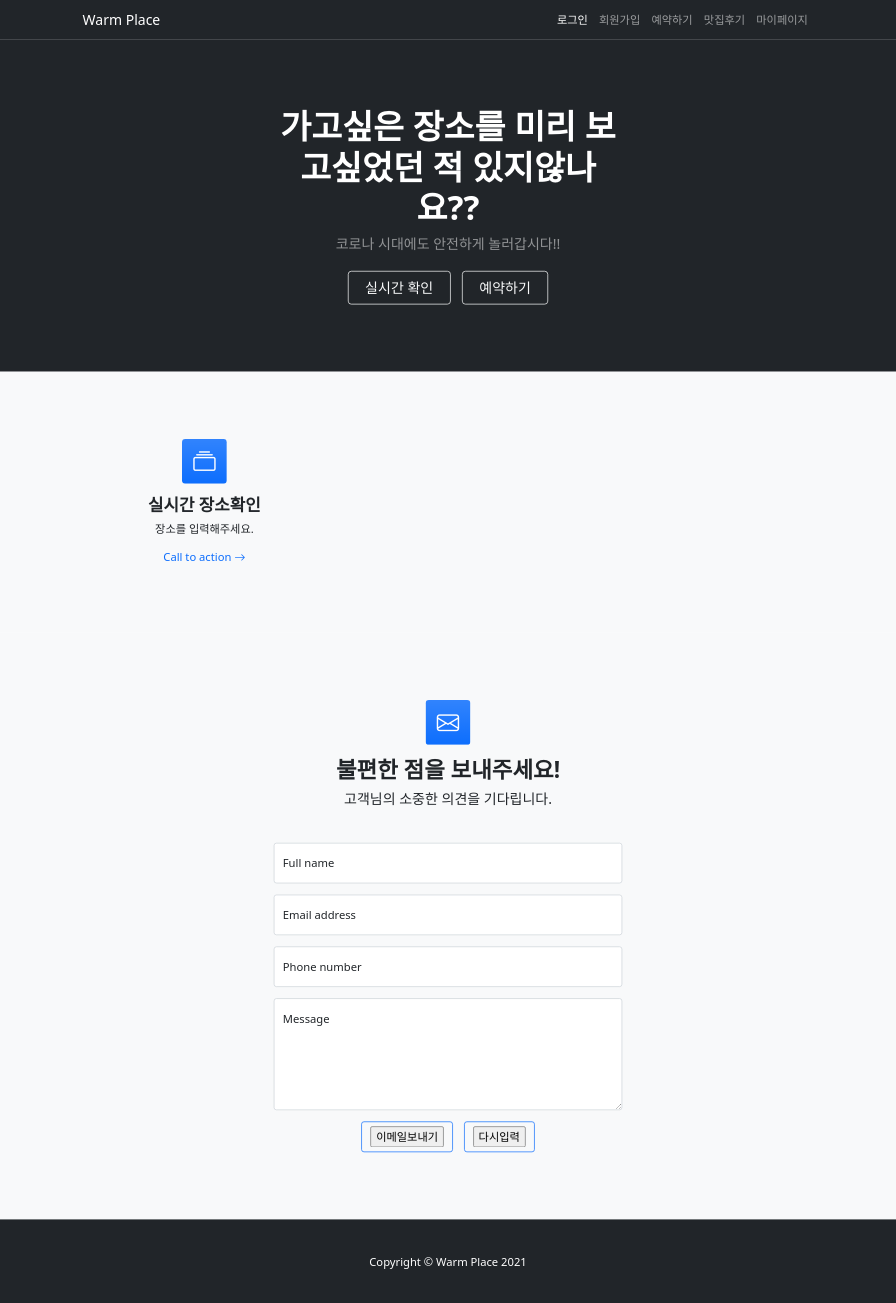
Repository: jaunnnngs/HackaTone
Page: http://localhost/StunProjects/St_Join/main.jsp
These files come from the project's save history. The page is drawn as it stood at one moment and after the next save; the edit follows.
The browser window is 1280 px wide. The pictures show the whole page, at 70% of full size.
Some web libraries are served in a nearby version. The page is served by Tomcat 9.

Above is the page before, as saved 2021-08-02 07:35:58.

After the next save:
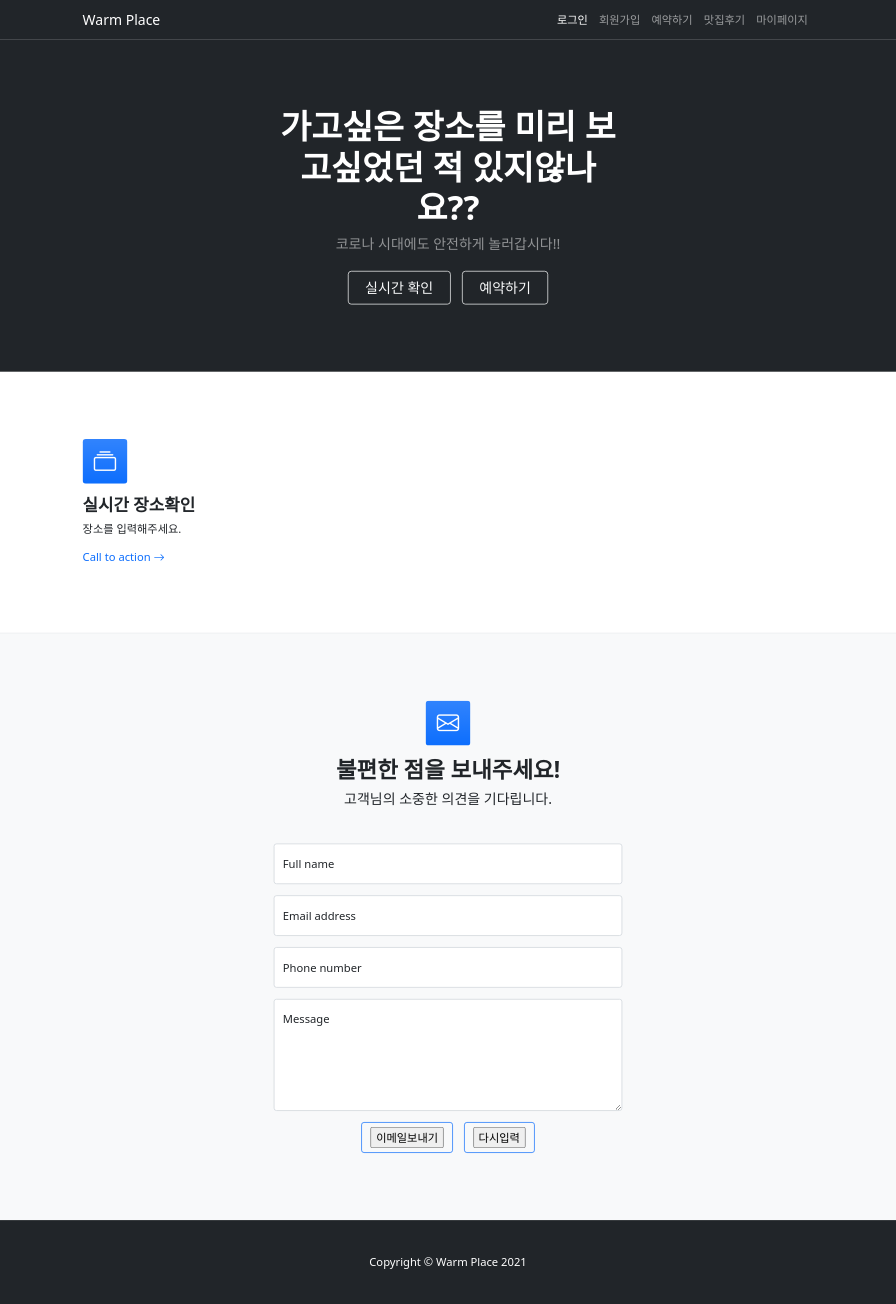
Saved 106 s later.
--- a/STUN_TEAM/StunProjects/src/main/webapp/St_Join/main.jsp
+++ b/STUN_TEAM/StunProjects/src/main/webapp/St_Join/main.jsp
@@ -76,9 +76,9 @@
             </div>
         </header>
         <!-- Features section-->
-        <section class="bg-light py-5">
-            <div class="container px-5 my-5 px-5">
-                <div class="text-center mb-5">
+        <section class="py-5 border-bottom" id="features">
+            <div class="container px-5 my-5">
+                <div class="row gx-5">
                     <div class="col-lg-4 mb-5 mb-lg-0">
                         <div class="feature bg-primary bg-gradient text-white rounded-3 mb-3"><i class="bi bi-collection"></i></div>
                         <h2 class="h4 fw-bolder">실시간 장소확인</h2>

After the save that followed:
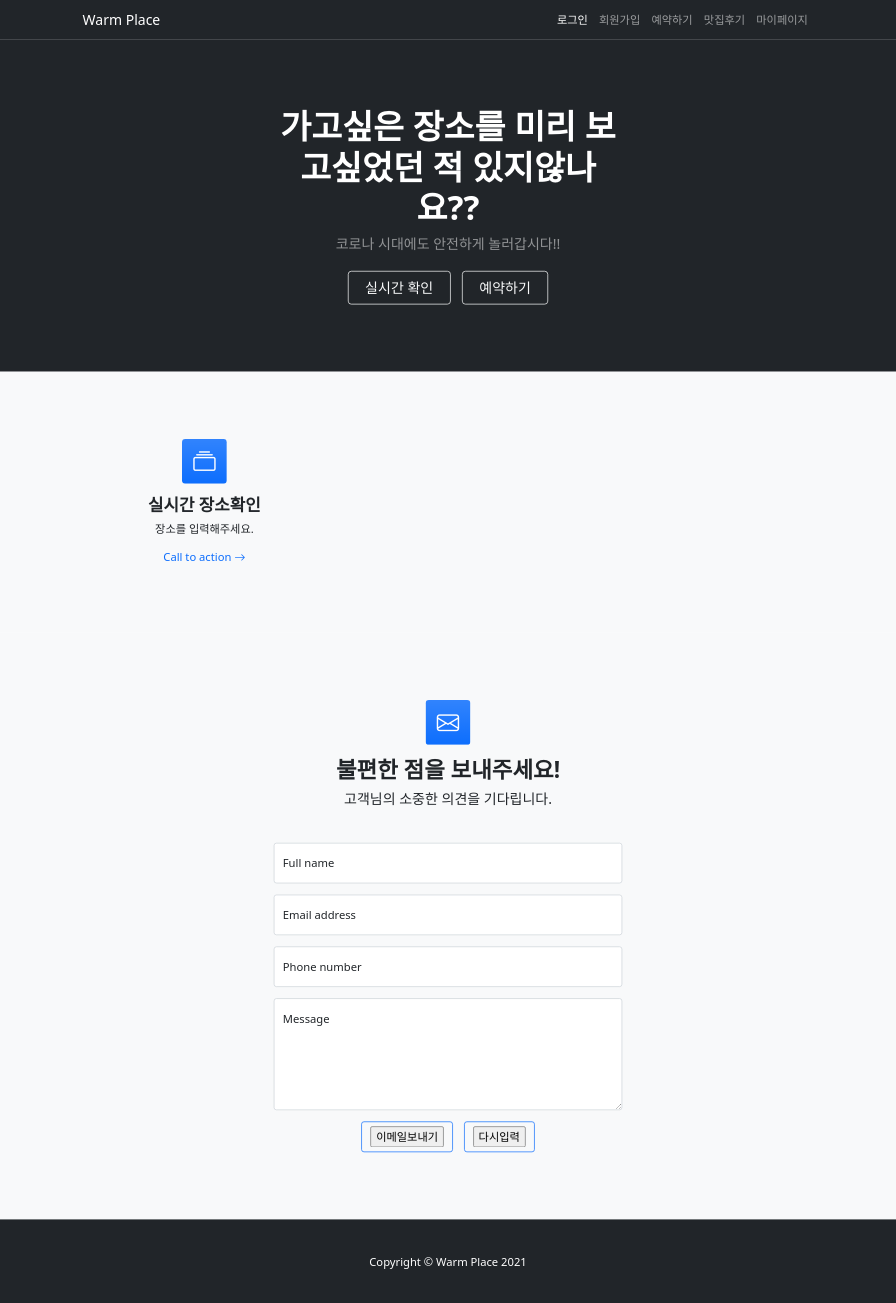
Saved 78 s later.
--- a/STUN_TEAM/StunProjects/src/main/webapp/St_Join/main.jsp
+++ b/STUN_TEAM/StunProjects/src/main/webapp/St_Join/main.jsp
@@ -76,9 +76,9 @@
             </div>
         </header>
         <!-- Features section-->
-        <section class="py-5 border-bottom" id="features">
-            <div class="container px-5 my-5">
-                <div class="row gx-5">
+        <section class="bg-light py-5" id="features">
+            <div class="container px-5 my-5 px-5">
+                <div class="text-center mb-5">
                     <div class="col-lg-4 mb-5 mb-lg-0">
                         <div class="feature bg-primary bg-gradient text-white rounded-3 mb-3"><i class="bi bi-collection"></i></div>
                         <h2 class="h4 fw-bolder">실시간 장소확인</h2>
